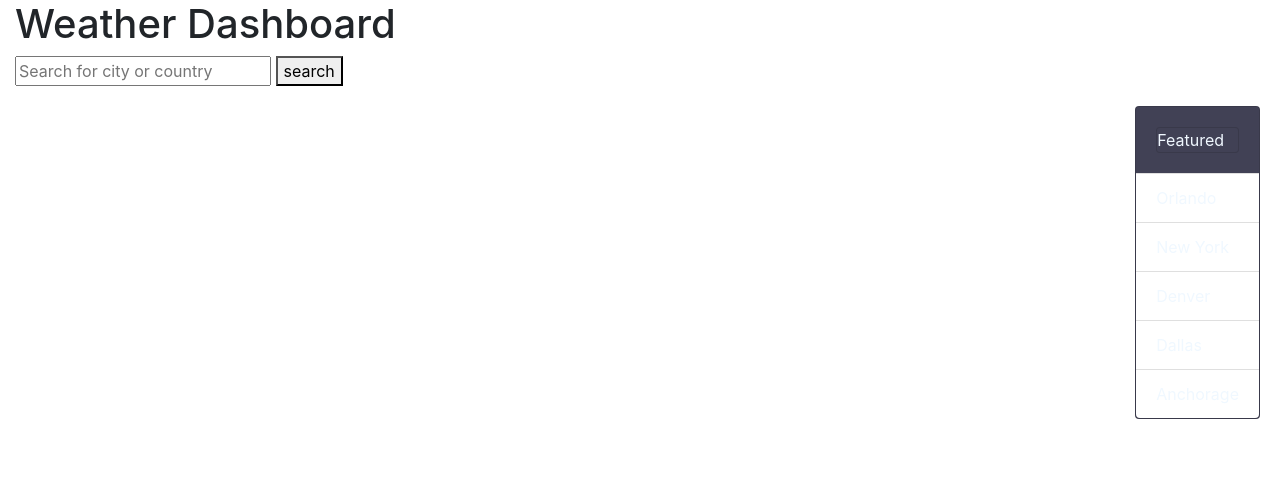
Repository: cobalt88/weather-forecast-app
Page: index.html
These files come from the project's save history. The page is drawn as it stood at one moment and after the next save; the edit follows.
The browser window is 1280 px wide. The pictures show the whole page.
Some web libraries are served in a nearby version.

Above is the page before, as saved 2022-05-21 16:47:05.

After the next save:
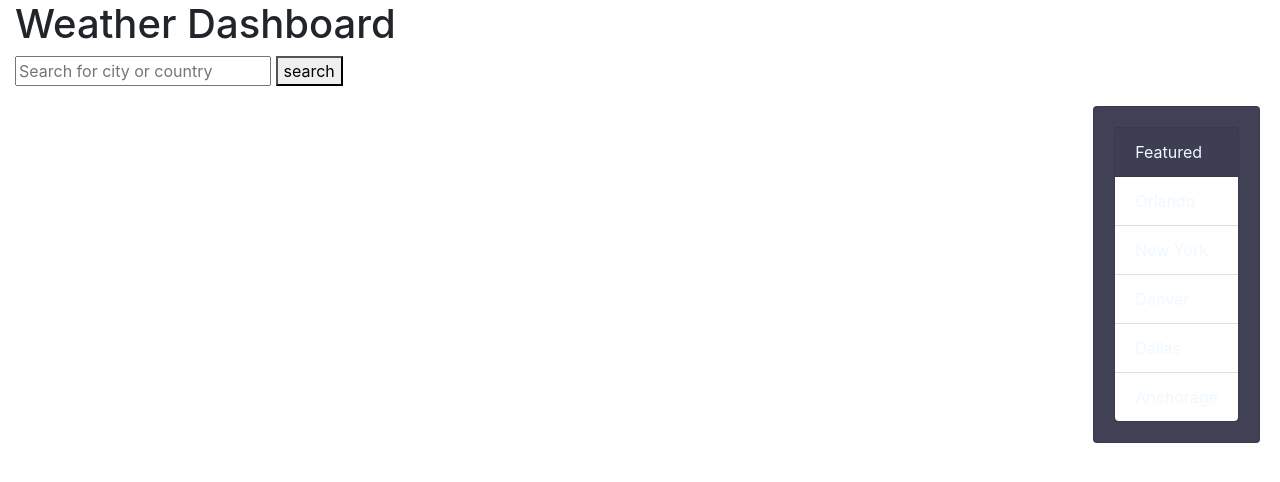
Saved 34 s later.
--- a/assets/logic_2.js
+++ b/assets/logic_2.js
@@ -168,7 +168,7 @@ $("#search-button").on("click", function () {
 
 $(document).ready(function(){
   history.innerHTML = `
-  <div class="card" id="history"
+  <div class="card" id="history" style="">
   <div class="card-header">
     Featured
   </div>
